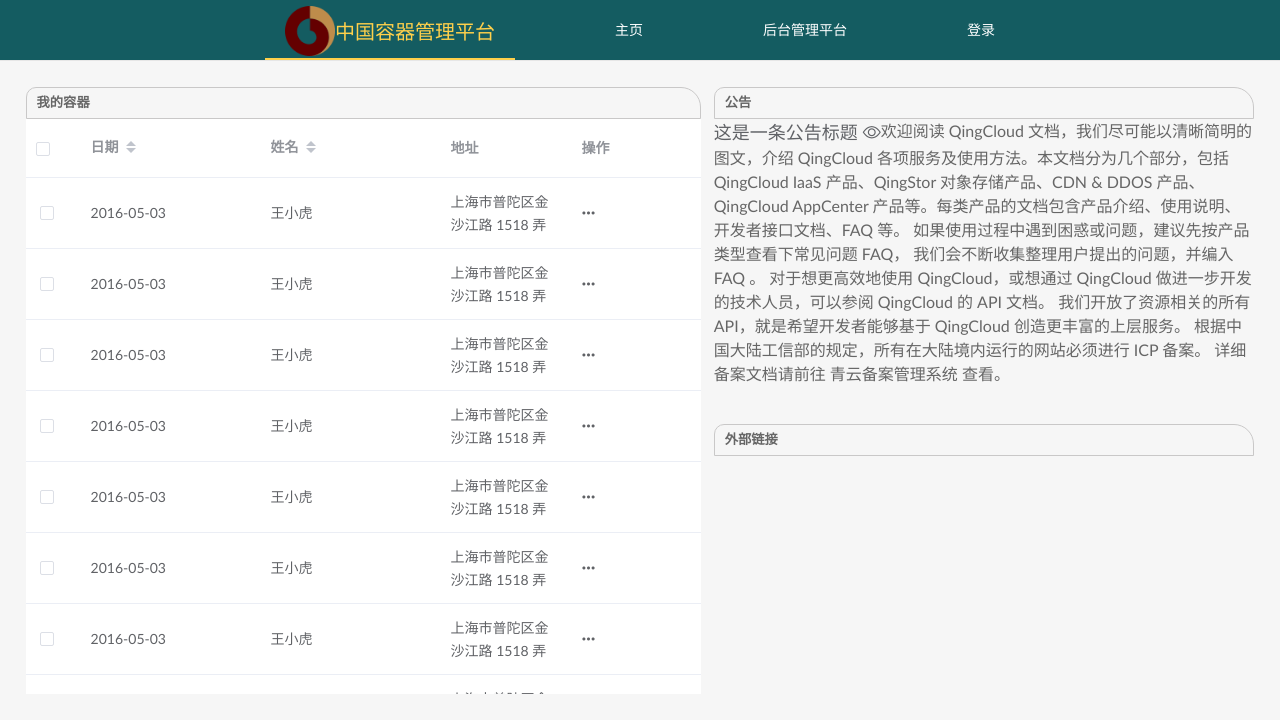
Repository: lei123zhou/zhongjin
Page: /main/home
The author's editor kept a copy of each file at every save. The page is drawn from the files as they stood at one save, then again after a run of saves.
The browser window is 1280 px wide. The pictures show the whole page.
An inner scrolling area shows only its first screen. The project was rebuilt for these pictures with package versions that can differ from the ones it lists, and the page was loaded fresh each time. Also part of the build but not shown: vue.config.js.

Above is the page before, as saved 2022-08-29 20:37:03.

### src/main.js
import Vue from "vue";
import App from "./App.vue";

Vue.config.productionTip = false;
import "./plugins/element";

import "./main.less";
import router from "./route/index.js";
import store from "./store/index.js";
new Vue({
  router,
  store,
  render: (h) => h(App),
}).$mount("#app");

### src/App.vue
<template>
  <div id="app">
    <router-view></router-view>
  </div>
</template>

<script>
export default {
};
</script>

<style>
#app{
  height: 100%;
  overflow: hidden;

}
</style>>

### src/plugins/element.js
import Vue from "vue";
import {
  Button,
  Form,
  Input,
  Icon,
  FormItem,
  Loading,
  Card,
  Menu,
  MenuItem,
  Submenu,
  Table,
  TableColumn,
  Dropdown,
  DropdownMenu,
  DropdownItem,
  Tooltip,
  Popover,
  Pagination,
  Link,
  Dialog,
} from "element-ui";
import "element-ui/lib/theme-chalk/index.css";
Vue.use(Button);
Vue.use(Form);
Vue.use(Input);
Vue.use(Icon);
Vue.use(FormItem);
Vue.use(Card);
Vue.use(Menu);
Vue.use(MenuItem);
Vue.use(Submenu);
Vue.use(Table);
Vue.use(TableColumn);
Vue.use(Dropdown);
Vue.use(DropdownMenu);
Vue.use(DropdownItem);
Vue.use(Tooltip);
Vue.use(Popover);
Vue.use(Pagination);
Vue.use(Link);
Vue.use(Dialog);
Vue.use(Loading);

### src/main.less
@media (min-width:0px){
    html{font-size:12px;}
}
@media (min-width: 320px){
    html{font-size:12px;}
}
@media (min-width: 340px){
    html{font-size:13px;}
}
@media (min-width: 360px){
    html{font-size:14px;}
}
@media (min-width: 380px){
    html{font-size:15px;}
}
@media (min-width: 400px){
    html{font-size:15px;}
}
@media (min-width: 420px){
    html{font-size:16px;}
}
*{
    margin: 0;
    padding: 0;
}
ul,ol,li,dl{
    list-style-type: none;
}
a{
    text-decoration: none;
}
html,body{
    height: 100%;

    overflow: hidden;

}
body{
    font-family: 'Trebuchet MS', 'Lucida Sans Unicode', 'Lucida Grande', 'Lucida Sans', Arial, sans-serif;
    color: #666;
    line-height: 1.5;
}
.bottom-border,
.top-border {
  position: relative;
}

.bottom-border::after,
.top-border::before {
  content: '';
  position: absolute;
  left: 0;
  right: 0;
  height: 1px;
  background-color:#d43c33;
  transform: scaleY(0.5);
}

.top-border::before {
  top: 0;
}

.bottom-border::after {
  bottom: 0;
}

### src/route/index.js
import Vue from "vue";
import VueRouter from "vue-router";
Vue.use(VueRouter);
const originPush = VueRouter.prototype.push;
VueRouter.prototype.push = function push(location) {
  return originPush.call(this, location).catch((err) => err);
};
const routes = [
  { path: "/", redirect: "/login" },
  { path: "/login", name: 'login', component: () => import('../pages/login/LoginPage.vue') },
  {
    path: "/main", name: 'main', component: () => import('../pages/main/MainPage.vue'), children: [
      { path: "", redirect: "/main/home" },
      {
        path: "home",
        name: "home",
        component: () => import("../pages/home/HomePage.vue"),
      },
    ]
  }
];
const router = new VueRouter({
  routes,
  mode: 'history'
})
export default router;

### src/store/index.js
import Vue from 'vue';
import Vuex from 'vuex';
Vue.use(Vuex);
export default new Vuex.Store({
    state:{},
    getters:{},
    mutations:{}
})

### src/pages/main/MainPage.vue
<template>
  <div class="main">
    <div class="heard">
      <el-menu
        :default-active="activeIndex2"
        class="el-menu-demo"
        mode="horizontal"
        @select="handleSelect"
        background-color="#145c61"
        text-color="#fff"
        active-text-color="#ffd04b"
      >
        <el-menu-item index="1">
          <template slot="title">
            <img src="../../assets/u2.png" alt="" id="logo" />
            <span class="login-title">中国容器管理平台</span>
          </template></el-menu-item
        >
        <el-menu-item index="2">主页</el-menu-item>
        <el-menu-item index="3" @click="toManagement"
          >后台管理平台</el-menu-item
        >
        <el-menu-item index="null">登录</el-menu-item>
      </el-menu>
    </div>
    <router-view></router-view>
  </div>
</template>

<script>
export default {
  data() {
    return {
      activeIndex: "1",
      activeIndex2: "1",
    };
  },
  methods: {
    handleSelect(key, keyPath) {
      console.log(key, keyPath);
    },
    toManagement() {
      this.$router.push("/management");
    },
  },
};
</script>
<style lang="less" scoped>
.main {
  display: flex;
  flex-direction: column;
  justify-content: start;
  background-color: #f6f6f6;
  height: 100%;
  .heard {
    width: 100%;
    background-color: "#145c61";
  }
}
.login-title {
  font-size: 20px;
  line-height: 61px;
}
.clearfix {
  display: flex;
  align-content: center;
  justify-content: space-around;
}
#logo {
  width: 50px;
}
/deep/.el-menu.el-menu--horizontal {
  display: flex;
  justify-content: center;
  li {
    margin: 0 40px;
    padding: 0 20px;
  }
}
</style>

### src/pages/home/HomePage.vue
<template>
  <div class="home">
    <div class="left">
      <h5 class="title">我的容器</h5>
      <el-table
        ref="multipleTable"
        :data="tableData"
        tooltip-effect="dark"
        style="width: 100%"
        @selection-change="handleSelectionChange"
      >
        <el-table-column type="selection" width="55"> </el-table-column>
        <el-table-column prop="date" label="日期" sortable width="180">
        </el-table-column>
        <el-table-column prop="name" label="姓名" sortable width="180">
        </el-table-column>
        <el-table-column prop="address" label="地址" :formatter="formatter">
        </el-table-column>
        <el-table-column label="操作">
          <el-popover placement="right" width="40" trigger="hover">
            <template slot-scope="scope">
              <el-button
                size="mini"
                @click="handleEdit(scope.$index, scope.row)"
                >编辑</el-button
              >
              <el-button
                size="mini"
                type="danger"
                @click="handleDelete(scope.$index, scope.row)"
                >删除</el-button
              >
            </template>
            <i slot="reference" class="el-icon-more"></i>
          </el-popover>
        </el-table-column>
      </el-table>
      <el-pagination background layout="prev, pager, next" :total="1000">
      </el-pagination>
      <div style="margin-top: 20px" v-if="allDel">
        <el-button @click="toggleSelection([tableData[1], tableData[2]])"
          >全部删除</el-button
        >
        <el-button @click="toggleSelection()">取消选择</el-button>
      </div>
    </div>
    <div class="right">
      <div class="right-top">
        <h5 class="title">公告</h5>
        <div class="contaion">
          <div>
            <el-link @click="showDetail"
              >这是一条公告标题<i class="el-icon-view el-icon--right"></i>
            </el-link>
            <span
              >欢迎阅读 QingCloud 文档，我们尽可能以清晰简明的图文，介绍
              QingCloud 各项服务及使用方法。本文档分为几个部分，包括 QingCloud
              IaaS 产品、QingStor 对象存储产品、CDN & DDOS 产品、QingCloud
              AppCenter
              产品等。每类产品的文档包含产品介绍、使用说明、开发者接口文档、FAQ
              等。 如果使用过程中遇到困惑或问题，建议先按产品类型查看下常见问题
              FAQ， 我们会不断收集整理用户提出的问题，并编入 FAQ 。
              对于想更高效地使用 QingCloud，或想通过 QingCloud
              做进一步开发的技术人员，可以参阅 QingCloud 的 API 文档。
              我们开放了资源相关的所有 API，就是希望开发者能够基于 QingCloud
              创造更丰富的上层服务。
              根据中国大陆工信部的规定，所有在大陆境内运行的网站必须进行 ICP
              备案。 详细备案文档请前往 青云备案管理系统 查看。</span
            >
            <diglog ref="show" :announcement="announcement"></diglog>
          </div>
        </div>
      </div>
      <div class="right-down"><h5 class="title">外部链接</h5></div>
    </div>
  </div>
</template>

<script>
import diglog from "./compontents/DiglogCom.vue";
export default {
  components: {
    diglog,
  },
  data() {
    return {
      allDel: false,
      dialogVisible: false,
      announcement: "",
      tableData: [
        {
          date: "2016-05-03",
          name: "王小虎",
          address: "上海市普陀区金沙江路 1518 弄",
        },
        {
          date: "2016-05-03",
          name: "王小虎",
          address: "上海市普陀区金沙江路 1518 弄",
        },
        {
          date: "2016-05-03",
          name: "王小虎",
          address: "上海市普陀区金沙江路 1518 弄",
        },
        {
          date: "2016-05-03",
          name: "王小虎",
          address: "上海市普陀区金沙江路 1518 弄",
        },
        {
          date: "2016-05-03",
          name: "王小虎",
          address: "上海市普陀区金沙江路 1518 弄",
        },
        {
          date: "2016-05-03",
          name: "王小虎",
          address: "上海市普陀区金沙江路 1518 弄",
        },
        {
          date: "2016-05-03",
          name: "王小虎",
          address: "上海市普陀区金沙江路 1518 弄",
        },
        {
          date: "2016-05-03",
          name: "王小虎",
          address: "上海市普陀区金沙江路 1518 弄",
        },
        {
          date: "2016-05-03",
          name: "王小虎",
          address: "上海市普陀区金沙江路 1518 弄",
        },
        {
          date: "2016-05-02",
          name: "王小虎",
          address: "上海市普陀区金沙江路 1518 弄",
        },
        {
          date: "2016-05-04",
          name: "王小虎",
          address: "上海市普陀区金沙江路 1518 弄",
        },
        {
          date: "2016-05-01",
          name: "王小虎",
          address: "上海市普陀区金沙江路 1518 弄",
        },
      ],
      multipleSelection: [],
    };
  },

  methods: {
    toggleSelection(rows) {
      if (rows) {
        rows.forEach((row) => {
          this.$refs.multipleTable.toggleRowSelection(row);
        });
      } else {
        this.$refs.multipleTable.clearSelection();
      }
    },
    handleSelectionChange(val) {
      this.multipleSelection = val;
      this.allDel = !this.allDel;
    },
    // 编辑删除
    handleEdit(index, row) {
      console.log(index, row);
    },
    handleDelete(index, row) {
      console.log(index, row);
    },

    formatter(row) {
      return row.address;
    },
    showDetail() {
      this.$refs.show.showDig();
    },
  },
};
</script>

<style lang="less" scoped>
.home {
  display: flex;
  margin: 2vw;
  height: 100%;
  overflow-x: hidden;
  overflow-y: auto;
  h5 {
    padding: 5px 10px;
    border: 1px solid rgb(201, 200, 200);
    border-top-right-radius: 20px;
    border-top-left-radius: 10px;
  }
}
.left {
  width: 55%;
  margin-right: 1%;
  .el-pagination {
    margin-top: 20px;
    display: flex;
    justify-content: flex-end;
  }
}
.right {
  flex: 1;
  display: flex;
  flex-direction: column;
  .right-top {
    display: flex;
    flex-direction: column;
    margin-bottom: 1%;
  }
}
.contaion {
  height: 300px;
  div｛｝
  span {
    display: block;
    width: 100%;
    text-overflow: -o-ellipsis-lastline;
    overflow: hidden;
    text-overflow: ellipsis;
    display: -webkit-box;
    -webkit-line-clamp: 2;
    -webkit-box-orient: vertical;
    font-size: 12px;
  }
  .el-link {
    font-size: 18px;
  }
}
</style>

### src/pages/home/compontents/DiglogCom.vue
<template>
  <div>
    <el-dialog
      title="提示"
      :visible.sync="dialogVisible"
      width="30%"
      :before-close="handleClose"
    >
      <span>这是一段信息</span>
      <span slot="footer" class="dialog-footer">
        <el-button type="primary" @click="dialogVisible = false"
          >已阅读</el-button
        >
      </span>
    </el-dialog>
  </div>
</template>

<script>
export default {
  props: ["announcement"],
  data() {
    return {
      dialogVisible: false,
    };
  },
  methods: {
    handleClose(done) {
      this.$confirm("确认关闭？").then(() => {
        done();
      });
    },
    showDig() {
      this.dialogVisible = true;
    },
  },
};
</script>

<style></style>

Loaded but not shown: public/index.html (common file)

After the next 6 saves:
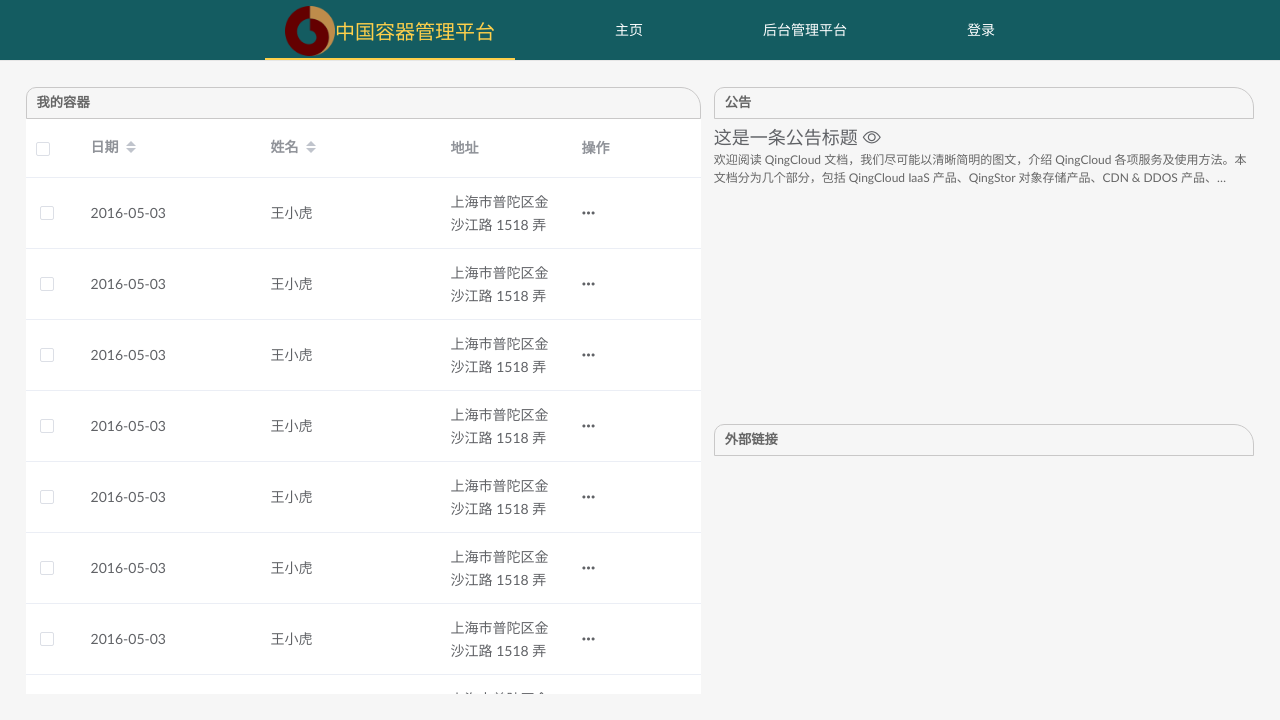
The 6 saves are shown as one change because they came seconds apart.
The last was saved 17 s later.
--- a/src/pages/home/HomePage.vue
+++ b/src/pages/home/HomePage.vue
@@ -220,7 +220,9 @@ export default {
 }
 .contaion {
   height: 300px;
-  div｛｝
+  div {
+    margin: 5px 0px;
+  }
   span {
     display: block;
     width: 100%;
